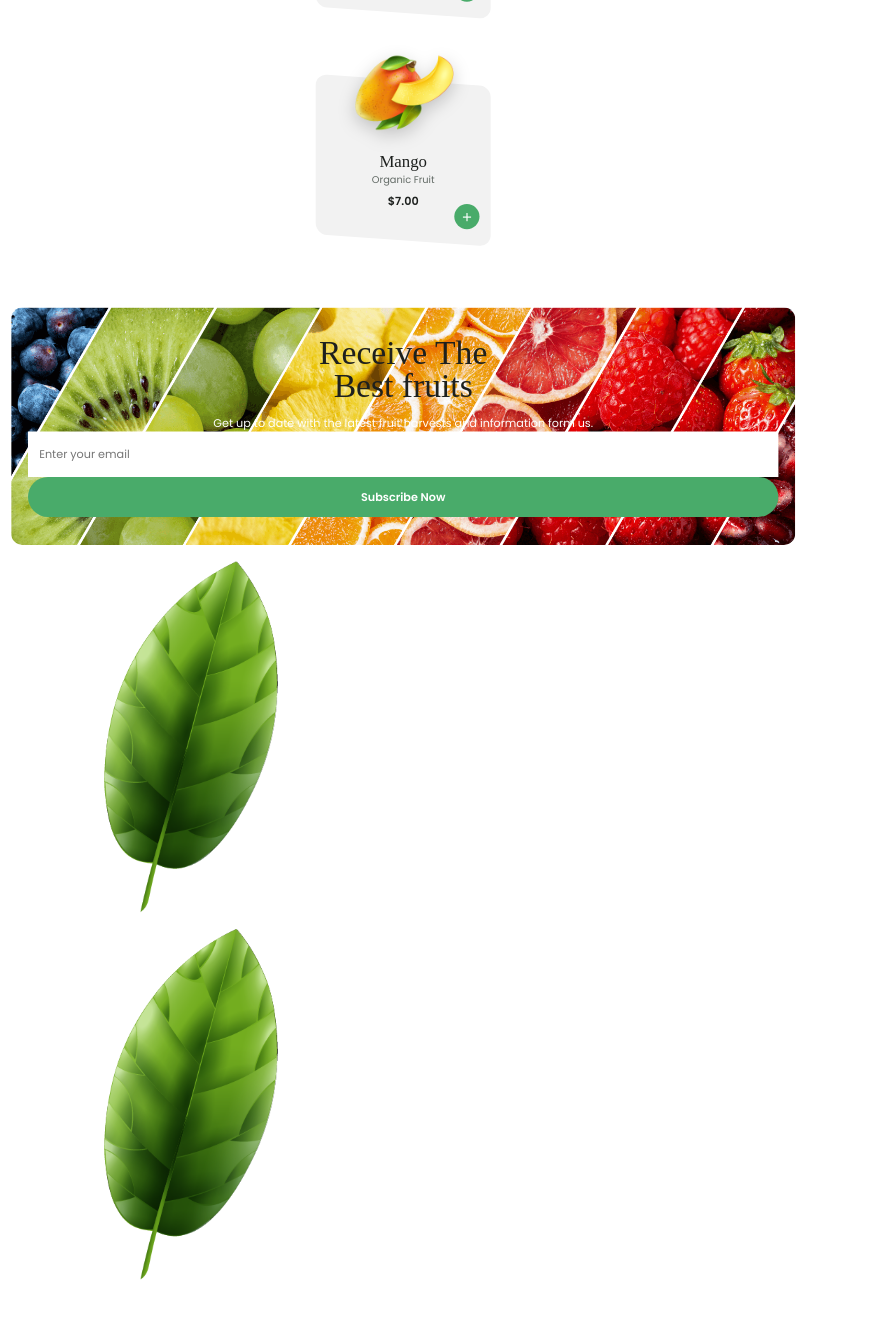
Repository: dinhhaidh/fruit
Page: index.html
The author's editor kept a copy of each file at every save. The page is drawn from the files as they stood at one save, then again after the next save.
The browser window is 1280 px wide. The pictures show the part of the page from y = 4149 to 6069 px (the page is 6057 px tall before and 6069 px after), at 70% of full size.
Some web fonts or font styles are not loaded; a fallback is used.

Above is the page before, as saved 2024-02-19 09:57:50.
Console error: ReferenceError: ScrollReveal is not defined

After the next save:
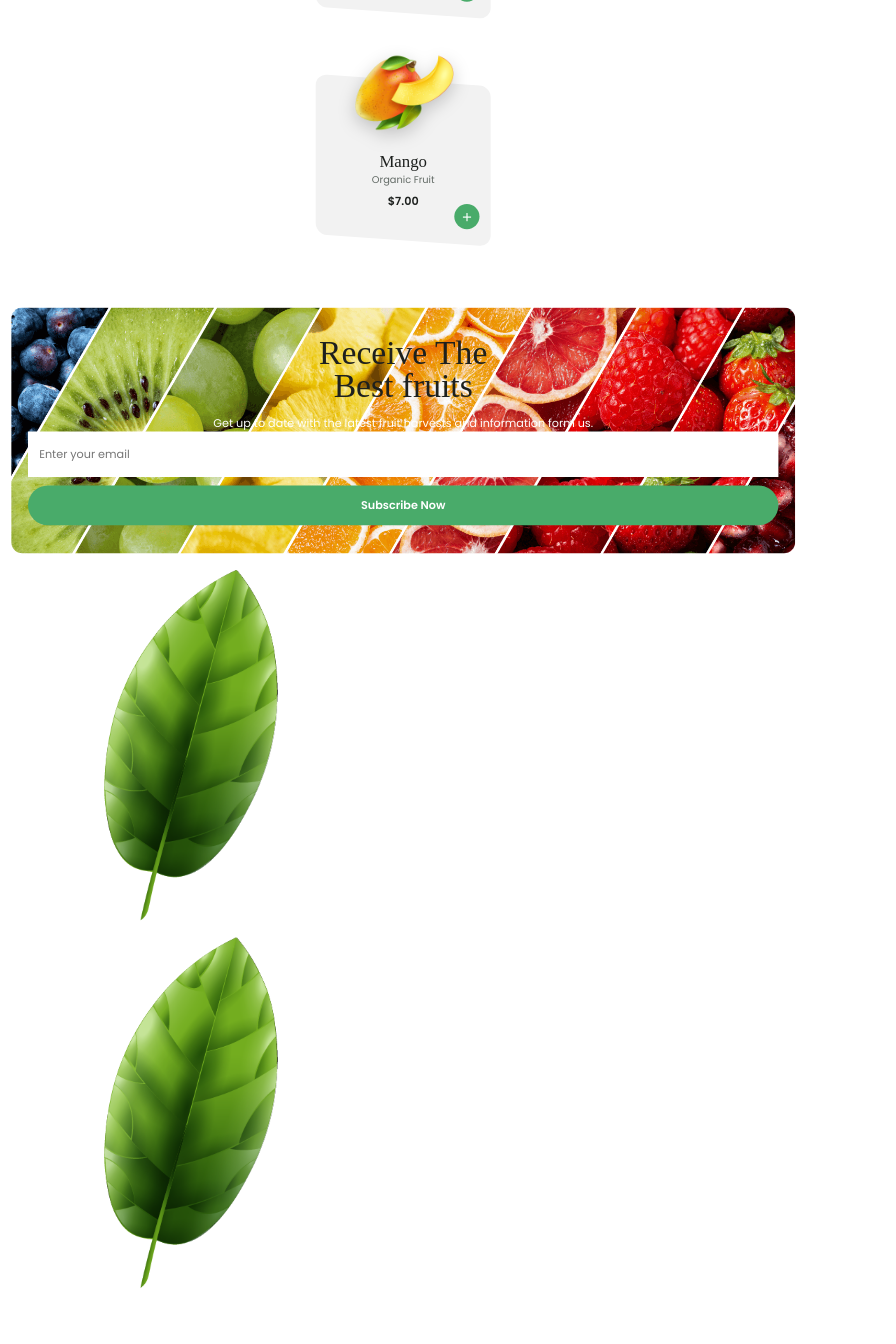
Saved 4 s later.
--- a/css/style.css
+++ b/css/style.css
@@ -484,7 +484,7 @@ img {
 }
 .join__form{
     display: grid;
-    row
+    row-gap: 0.75rem;
 }
 .join__input{
     padding: 1.25rem 1rem;
